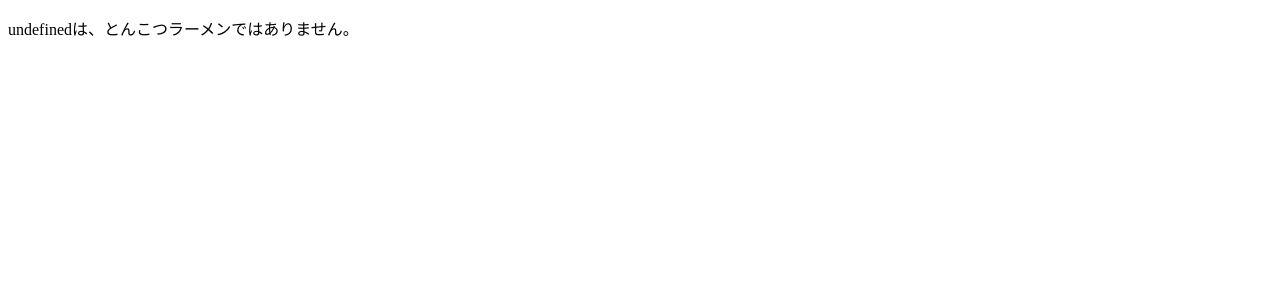
Repository: matsuryu0325/18_JS_practise
Page: 0415/ramen.html
These files come from the project's save history. The page is drawn as it stood at one moment and after the next save; the edit follows.
The browser window is 1280 px wide. The pictures show the whole page.

Above is the page before, as saved 2024-04-15 11:29:59.

After the next save:
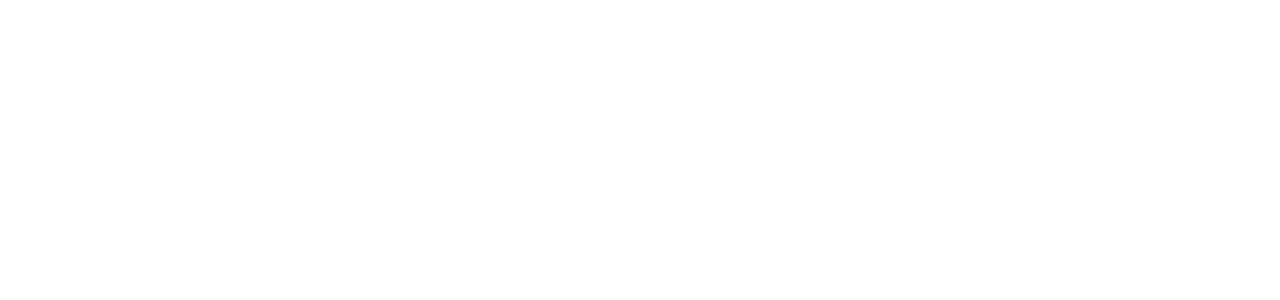
Console error: SyntaxError: Unexpected token '{'
Saved 2 min 25 s later.
--- a/0415/ramen.html
+++ b/0415/ramen.html
@@ -41,6 +41,9 @@
                 this.name = ramen;
                 this.soup = taste;
             }
+            descript{
+            return `<p>${this.name}は、${this.soup}味です。</p>`;
+        }
         }
 
         //インスタンス化
@@ -51,6 +54,9 @@
         const demaeicchouN = new InstantNoodle("出前一丁", "醤油");
         console.log(demaeicchouN);
         console.log(demaeicchouN.name + "は、" + demaeicchouN.soup + "味");
+
+
+        //メソッドを作って
     </script>
 
 </body>

After the save that followed:
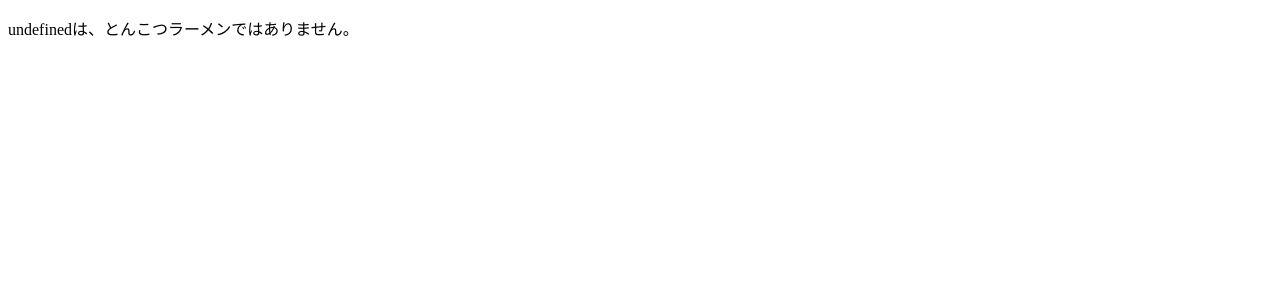
The error is gone.
Saved 35 s later.
--- a/0415/ramen.html
+++ b/0415/ramen.html
@@ -41,9 +41,9 @@
                 this.name = ramen;
                 this.soup = taste;
             }
-            descript{
-            return `<p>${this.name}は、${this.soup}味です。</p>`;
-        }
+            descript() {
+                return `<p>${this.name}は、${this.soup}味です。</p>`;
+            }
         }
 
         //インスタンス化
